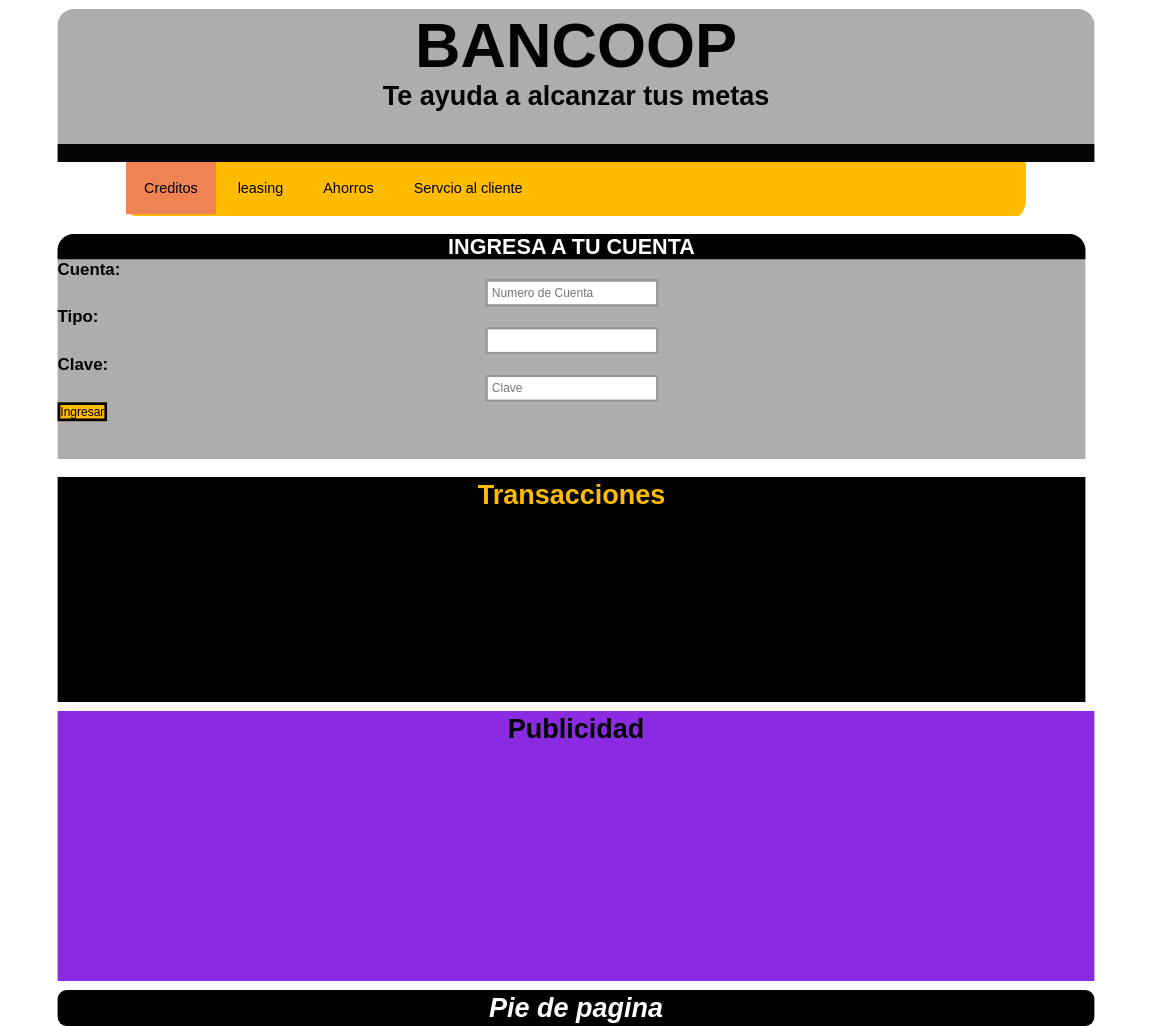
Repository: NickArregoces/BANCOOP
Page: Index.html
An editor plug-in stored every save of this project. The page is shown before and after the next save, followed by the edit.
The browser window is 1280 px wide. The pictures show the whole page, at 90% of full size.
The pointer rests on the first visible `.menu li a`.

Above is the page before, as saved 2021-09-29 18:02:44.

After the next save:
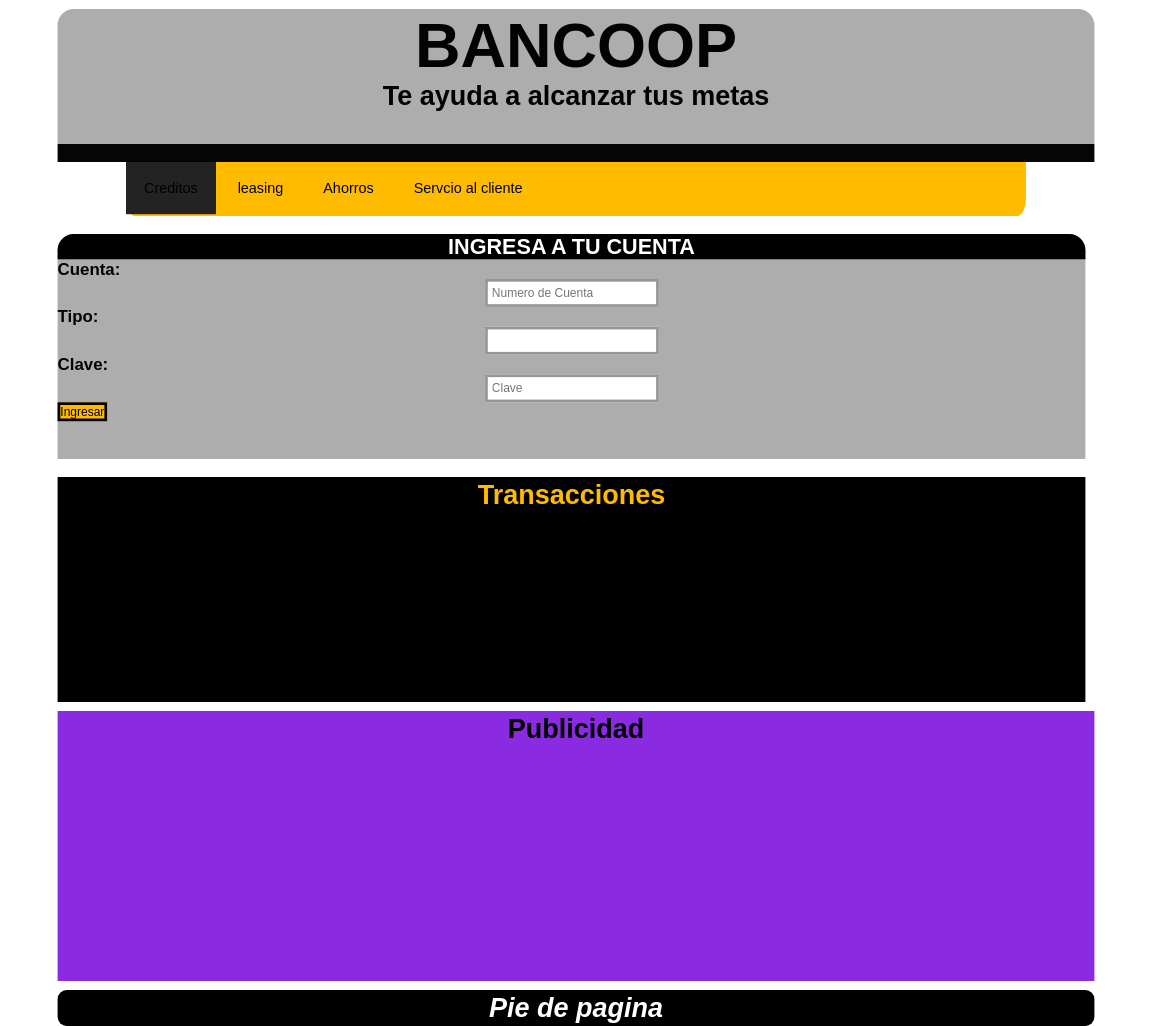
Saved 19 s later.
--- a/CSS/Style.css
+++ b/CSS/Style.css
@@ -55,7 +55,7 @@ ul.menu{
         text-align:center
     }
     .menu li a:hover{
-        background: #ef8354
+        background: #242323
         }
 
 
